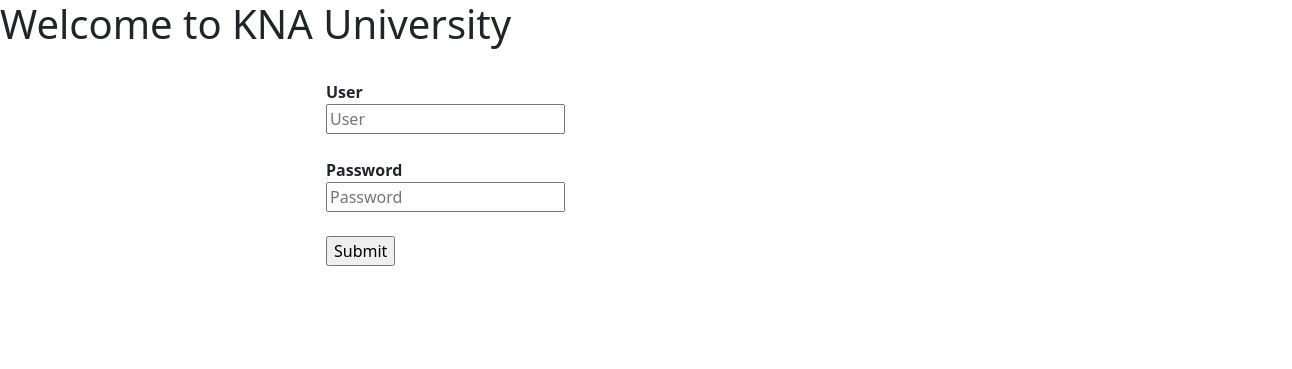
Repository: kavine24/CS490-Python-LMS
Page: html/index.html
These files come from the project's save history. The page is drawn as it stood at one moment and after the next save; the edit follows.
The browser window is 1280 px wide. The page is 1292 px wide, so the pictures cover 1292 px, including what lies to the right of the window. The pictures show the whole page.

Above is the page before, as saved 2022-04-03 18:09:56.

After the next save:
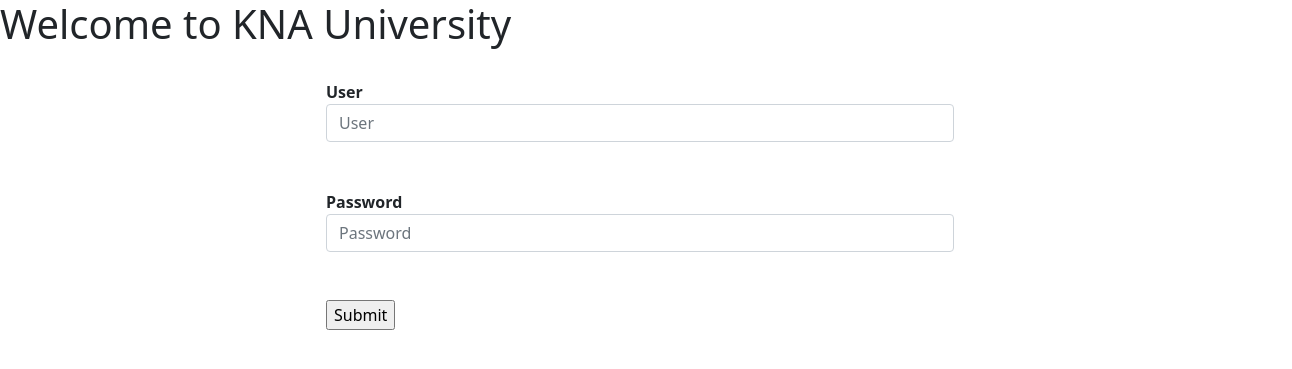
Saved 33 s later.
--- a/html/index.html
+++ b/html/index.html
@@ -14,13 +14,13 @@
 
           <div class="form-group" >
             <strong>User</strong><br>
-            <input type="text" id="user" name="user" placeholder="User" required><br>
+            <input  class="form-control" type="text" id="user" name="user" placeholder="User" required><br>
           </div>
           <br>
 
           <div class="form-group" >
             <strong>Password</strong><br>
-            <input type="password" id="pass" name="pass" placeholder="Password" required><br>
+            <input class="form-control" type="password" id="pass" name="pass" placeholder="Password" required><br>
           </div>
           <br>
 
